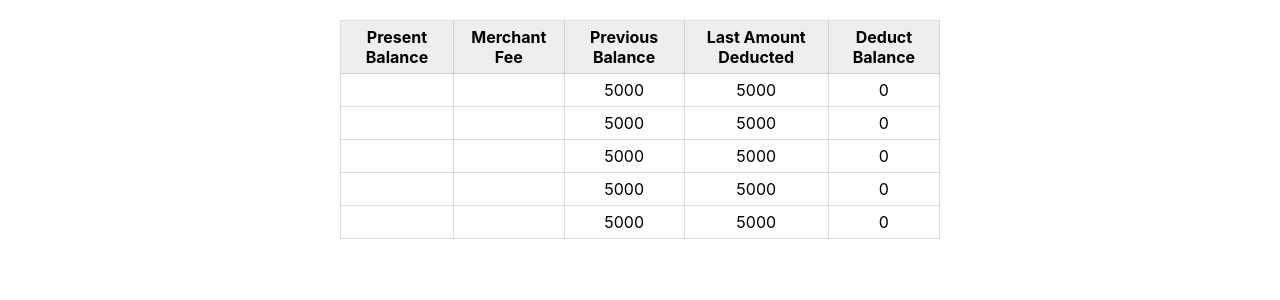
Repository: Anubhavgarg/pomelopay
Page: / (app in my-app/)
These files come from the project's save history. The page is drawn as it stood at one moment and after the next save; the edit follows.
The browser window is 1280 px wide. The pictures show the whole page.
The project was rebuilt for these pictures with package versions that can differ from the ones it lists, and the page was loaded fresh each time.

Above is the page before, as saved 2020-02-22 00:22:08.

### my-app/src/App.js
import React from 'react';
import './App.css';

function App() {
  const [itemList, setItemList] = React.useState({
    list: []
  });
  React.useEffect(() => {
    fetch('http://localhost:3000/App.json')
      .then(results => results.json())
      .then(data => {
        console.log("data:", data);
        setItemList({ ...itemList, list: data.response });
      });
  }, []);
  return (
    <div className="App">
      <table>
        <thead>
          <tr>
            <th>Present Balance</th>
            <th>Merchant Fee</th>
            <th>Previous Balance</th>
            <th>Last Amount Deducted</th>
            <th>Deduct Balance</th>
          </tr>
        </thead>
        <tbody>
          {
            itemList.list.map(item => {
              return (
                <tr key={item.presentBalance}>
                    <td>{item.merhantFee}</td>
                  <td>{item.merhantFee}</td>
                  <td>{item.previousBalance}</td>
                  <td>{item.lastAmountDeducted}</td>
                  <td>{item.deductBalance}</td>
                </tr>
              )
            })
          }

        </tbody>
      </table>
    </div>
  );
}

export default App;

### my-app/src/App.css
.App {
  text-align: center;
}

table{
  width: 100%;
  max-width: 600px;
  margin: 20px auto;
  border-collapse: collapse;
}

table, th, td {
  border: 1px solid rgba(102,102,102,0.2);
}
th,td{
  padding: 6px 10px;
}
th{
  background-color: #eee;
}

### my-app/public/App.json
{
    "response": [{
        "id":1,
        "presentBalance": 10000,
        "merchantFee": 50,
        "previousBalance": 5000,
        "lastAmountDeducted": 5000,
        "deductBalance": 0
    }, {
        "id":2,
        "presentBalance": 100000,
        "merchantFee": 50,
        "previousBalance": 5000,
        "lastAmountDeducted": 5000,
        "deductBalance": 0
    }, {
        "id":3,
        "presentBalance": 50000,
        "merchantFee": 50,
        "previousBalance": 5000,
        "lastAmountDeducted": 5000,
        "deductBalance": 0
    }, {
        "id":4,
        "presentBalance": 300000,
        "merchantFee": 50,
        "previousBalance": 5000,
        "lastAmountDeducted": 5000,
        "deductBalance": 0
    }, {
        "id":5,
        "presentBalance": 34000,
        "merchantFee": 50,
        "previousBalance": 5000,
        "lastAmountDeducted": 5000,
        "deductBalance": 0
    }]
}

Loaded but not shown: my-app/public/index.html (common file); my-app/src/index.js (common file); my-app/src/index.css (common file); my-app/src/serviceWorker.js (common file)

After the next save:
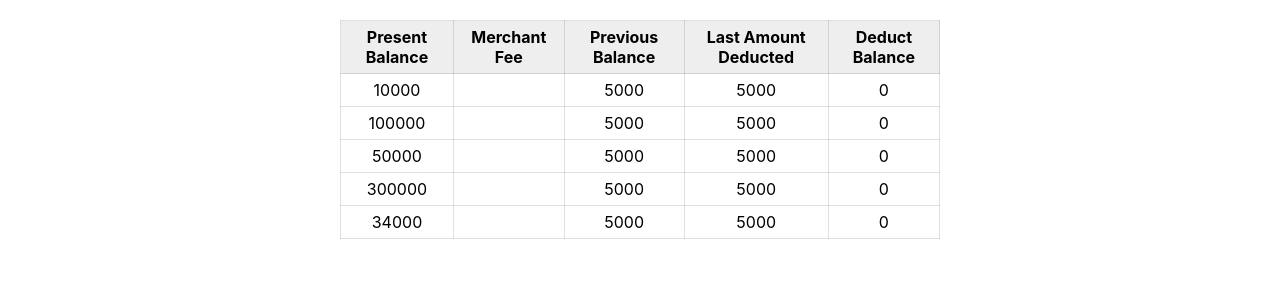
Saved 5 s later.
--- a/my-app/src/App.js
+++ b/my-app/src/App.js
@@ -30,7 +30,7 @@ function App() {
             itemList.list.map(item => {
               return (
                 <tr key={item.presentBalance}>
-                    <td>{item.merhantFee}</td>
+                    <td>{item.presentBalance}</td>
                   <td>{item.merhantFee}</td>
                   <td>{item.previousBalance}</td>
                   <td>{item.lastAmountDeducted}</td>
